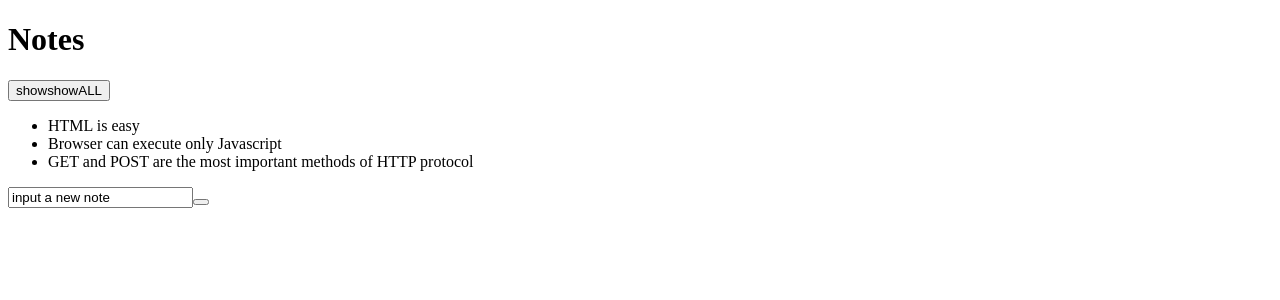
Repository: 2Lavine/fullstack
Page: / (app in part2/)
The author's editor kept a copy of each file at every save. The page is drawn from the files as they stood at one save, then again after the next save.
The browser window is 1280 px wide. The pictures show the whole page.
The project was rebuilt for these pictures with package versions that can differ from the ones it lists, and the page was loaded fresh each time.

Above is the page before, as saved 2020-09-06 12:42:56.

After the next save:
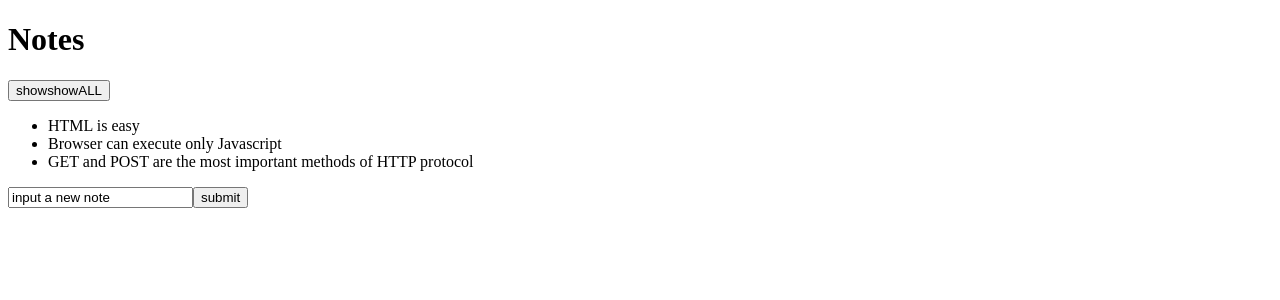
Saved 17 s later.
--- a/part2/src/App.js
+++ b/part2/src/App.js
@@ -40,7 +40,7 @@ const App = (props) => {
       </ul>
       <form onSubmit={addNote}>
         <input value={newNote} onChange={handleNoteChange}></input>
-        <button type="submit"></button>
+        <button type="submit">submit</button>
       </form>
     </div>
   );
